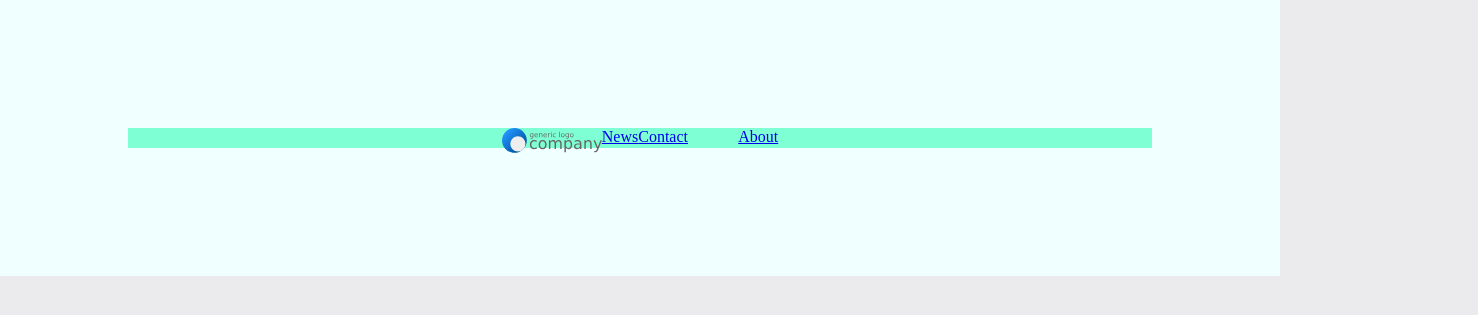
Repository: Andriy-Ma/widgetTask
Page: /
The author's editor kept a copy of each file at every save. The page is drawn from the files as they stood at one save, then again after the next save.
The browser window is 1280 px wide. The page is 1280 px wide, then 1478 px, then 1280 px, so the pictures cover 1478 px, including what lies to the right of the window. The pictures show the whole page.
The project was rebuilt for these pictures with package versions that can differ from the ones it lists, and the page was loaded fresh each time.

Above is the page before, as saved 2022-08-29 16:25:00.

After the next save:
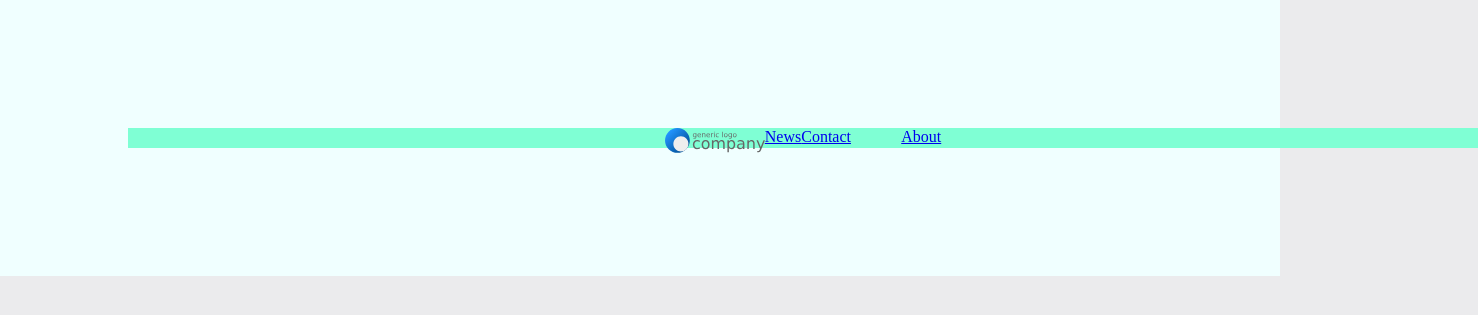
Saved 82 s later.
--- a/src/components/Header/header.module.css
+++ b/src/components/Header/header.module.css
@@ -7,5 +7,5 @@
     display: flex;
     justify-content: center;
     background-color: aquamarine;
-    max-width: 1350px;
+    min-width: 1350px;
 }

After the save that followed:
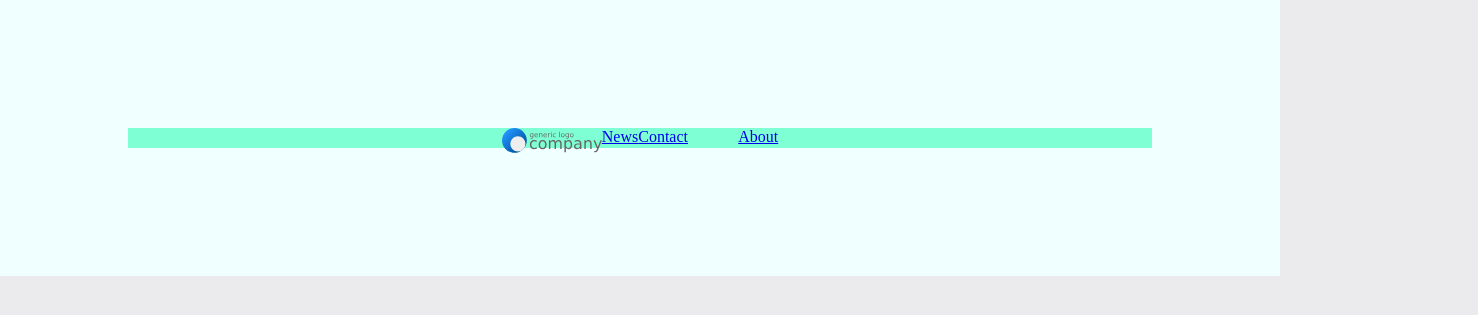
Saved 8 s later.
--- a/src/components/Header/header.module.css
+++ b/src/components/Header/header.module.css
@@ -7,5 +7,5 @@
     display: flex;
     justify-content: center;
     background-color: aquamarine;
-    min-width: 1350px;
+    min-width: 1000px;
 }
